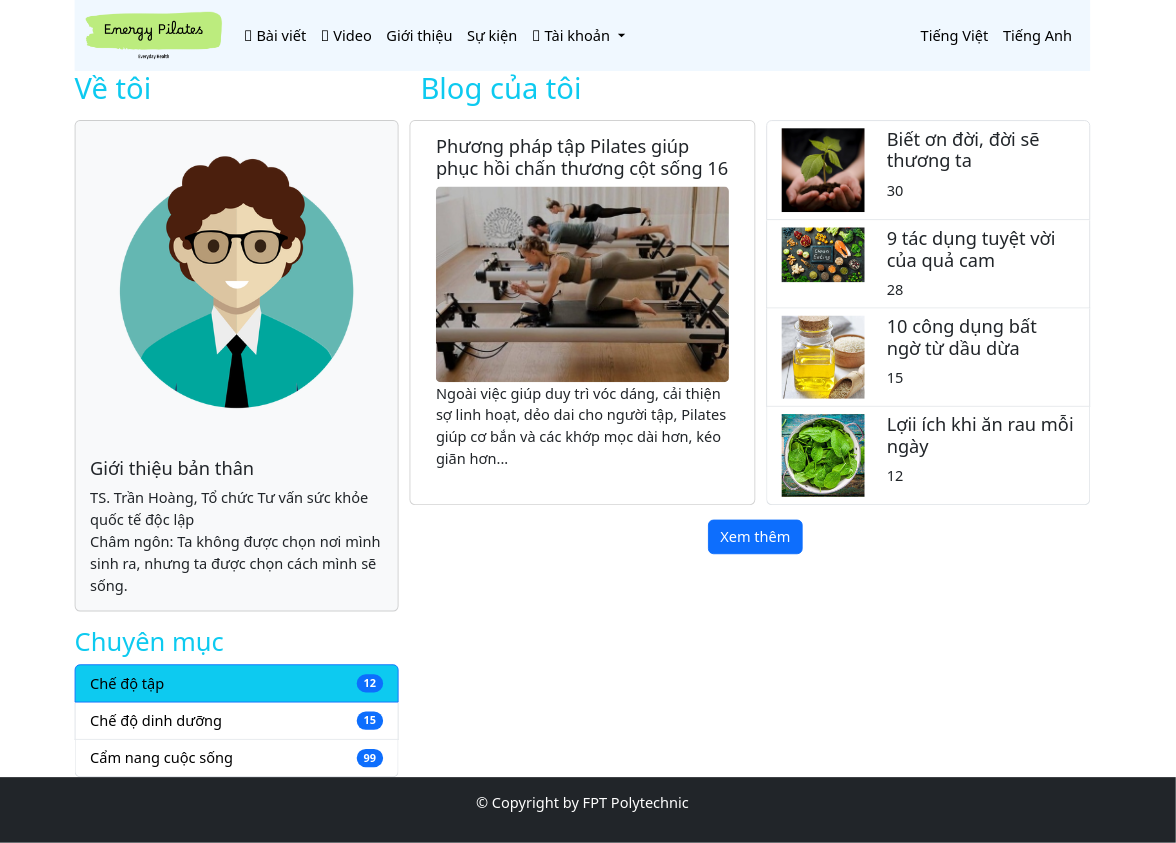
Repository: KizukoHeiwa/SOF308
Page: Lab1/index.html
These files come from the project's save history. The page is drawn as it stood at one moment and after the next save; the edit follows.
The browser window is 1280 px wide. The page is 1292 px wide, so the pictures cover 1292 px, including what lies to the right of the window. The pictures show the whole page, at 91% of full size.

Above is the page before, as saved 2024-10-31 10:49:12.

### Lab1/index.html
<!DOCTYPE html>
<html lang="en">
<head>
    <meta charset="UTF-8">
    <meta name="viewport" content="width=device-width, initial-scale=1.0">
    <title>FPT Polytechnic</title>
    <link href="https://cdn.jsdelivr.net/npm/bootstrap@5.3.3/dist/css/bootstrap.min.css" rel="stylesheet" integrity="sha384-QWTKZyjpPEjISv5WaRU9OFeRpok6YctnYmDr5pNlyT2bRjXh0JMhjY6hW+ALEwIH" crossorigin="anonymous">
    <script src="https://cdn.jsdelivr.net/npm/bootstrap@5.3.3/dist/js/bootstrap.bundle.min.js" integrity="sha384-YvpcrYf0tY3lHB60NNkmXc5s9fDVZLESaAA55NDzOxhy9GkcIdslK1eN7N6jIeHz" crossorigin="anonymous"></script>
    <link rel="stylesheet" href="https://cdnjs.cloudflare.com/ajax/libs/font-awesome/4.7.0/css/font-awesome.min.css">
    <style>
        header{
            background-color: aliceblue;
            /* box-shadow: 1px 1px 2px 1px lightgray; */
        }
        .nav-link{
            color: black;
        }
        .nav-link:hover{
            color: green;
        }
        .navbar-nav .nav-link.active, .navbar-nav .nav-link.show {
            color: green;
        }
        .button-wrapper{
            display: flex;
            justify-content: center;
            align-items: center;
        }
        .footer-content{
            color: white;
            text-align: center;
        }
    </style>

</head>
<body>
    <div class="container">
        <header>
            <nav class="navbar navbar-expand-sm">
                <div class="container">
                    <a class="navbar-brand" href="#">
                        <img src="img/logo-energy-pilates.png" alt="" style="width: 150px;">
                    </a>
                    <div class="collapse navbar-collapse" id="collapsibleNavbar">
                        <ul class="navbar-nav me-auto">
                            <li class="nav-item">
                                <a class="nav-link" href="#"><i class="fa-solid fa-list"></i> Bài viết</a>
                            </li>
                            <li class="nav-item">
                                <a class="nav-link" href="#"><i class="fa-solid fa-film"></i> Video</a>
                            </li>
                            <li class="nav-item">
                                <a class="nav-link" href="#"><i class="fa-solid fa-circle-info"></i> Giới thiệu</a>
                            </li>
                            <li class="nav-item">
                                <a class="nav-link" href="#"><i class="fa-solid fa-calendar-days"></i> Sự kiện</a>
                            </li>
                            <li class="nav-item dropdown">
                                <a class="nav-link dropdown-toggle" href="#" role="button" data-bs-toggle="dropdown">
                                    <i class="fa-solid fa-user"></i> Tài khoản
                                </a>
                                <ul class="dropdown-menu">
                                    <li><a class="dropdown-item" href="#">Đăng nhập</a></li>
                                    <li><a class="dropdown-item" href="#">Quên mật khẩu</a></li>
                                    <li><a class="dropdown-item" href="#">Đăng ký thành viên</a></li>
                                </ul>
                            </li>
                        </ul>
                        <ul class="navbar-nav d-flex">
                            <li class="nav-item">
                                <a class="nav-link">Tiếng Việt</a>
                            </li>
                            <li class="nav-item">
                                <a class="nav-link">Tiếng Anh</a>
                            </li>
                        </ul>
                    </div>
                </div>
            </nav>
        </header>
        <section class="row">
            <aside class="col-sm-4">
                <div class="col-sm">
                    <h2 class="text-info mb-3">Về tôi</h2>
                    <div class="card mb-3 bg-light">
                        <img src="img/avatar.png" class="card-img-top" alt="">
                        <div class="card-body">
                            <h5 class="card-title">Giới thiệu bản thân</h5>
                            <p class="card-text">TS. Trần Hoàng, Tổ chức Tư vấn sức khỏe quốc tế độc lập <br>
                                Châm ngôn: Ta không được chọn nơi mình sinh ra, nhưng ta được chọn cách mình sẽ sống.
                            </p>
                        </div>
                    </div>

                    <h3 class="text-info mt-2">Chuyên mục</h3>
                    <ul class="list-group">
                        <li class="list-group-item active bg-info d-flex justify-content-between align-items-center">
                            <a class="nav-link" href="#">Chế độ tập</a>
                            <span class="badge bg-primary rounded-pill">12</span>
                        </li>
                        <li class="list-group-item d-flex justify-content-between align-items-center">
                            <a class="nav-link" href="#">Chế độ dinh dưỡng</a>
                            <span class="badge bg-primary rounded-pill">15</span>
                        </li>
                        <li class="list-group-item d-flex justify-content-between align-items-center">
                            <a class="nav-link" href="#">Cẩm nang cuộc sống</a>
                            <span class="badge bg-primary rounded-pill">99</span>
                        </li>
                    </ul>
                    <!-- end Chuyên mục -->
                </div>
            </aside>
            <article class="col-sm-8">
                <div class="row">
                        <h2 class="text-info mb-3">Blog của tôi</h2>
                        <div class="bg-light">

                        </div>
                        <div class="card col-sm-6">
                            <div class="card-body">
                                <h5 class="card-title">Phương pháp tập Pilates giúp phục hồi chấn thương cột sống <i class="fa-solid fa-message"></i> 16</h5>
                                <img src="img/tap-piltes.jpg" alt="" class="card-img">
                                <p class="card-text">Ngoài việc giúp duy trì vóc dáng, cải thiện sợ linh hoạt, dẻo dai cho người tập, Pilates giúp cơ bắn và các khớp mọc dài hơn, kéo giãn hơn...</p>
                            </div>
                        </div>
                        <div class="col-sm-6">
                            <ul class="list-group">
                                <li class="list-group-item d-flex justify-content-between align-items-start">
                                    <div class="row">
                                        <div class="col-4">
                                            <img src="img/corevalue.jpg" alt="" class="card-img">
                                        </div>
                                        <div class="col-8">
                                            <h5>Biết ơn đời, đời sẽ thương ta</h5>
                                            <span>30</span>
                                        </div>
                                    </div>
                                </li>
                                <li class="list-group-item d-flex justify-content-between align-items-start">
                                    <div class="row">
                                        <div class="col-4">
                                            <img src="img/eat-clean.png" alt="" class="card-img">
                                        </div>
                                        <div class="col-8">
                                            <h5>9 tác dụng tuyệt vời của quả cam</h5>
                                            <span>28</span>
                                        </div>
                                    </div>
                                </li>
                                <li class="list-group-item d-flex justify-content-between align-items-start">
                                    <div class="row">
                                        <div class="col-4">
                                            <img src="img/sesameoil_300x300.jpg" alt="" class="card-img">
                                        </div>
                                        <div class="col-8">
                                            <h5>10 công dụng bất ngờ từ dầu dừa</h5>
                                            <span>15</span>
                                        </div>
                                    </div>
                                </li>
                                <li class="list-group-item d-flex justify-content-between align-items-start">
                                    <div class="row">
                                        <div class="col-4">
                                            <img src="img/spinach_300x300.jpg" alt="" class="card-img">
                                        </div>
                                        <div class="col-8">
                                            <h5>Lợii ích khi ăn rau mỗi ngày</h5>
                                            <span>12</span>
                                        </div>
                                    </div>
                                </li>
                            </ul>
                        </div>
                </div>
                    <div class="button-wrapper">
                        <button type="button" class="btn btn-primary m-3">Xem thêm</button>
                    </div>
                </div>
            </article>
        </section>
        <footer class="row bg-dark p-3">
            <p class="footer-content">&copy; Copyright by FPT Polytechnic</p>
        </footer>
    </div>
</body>
</html>

After the next save:
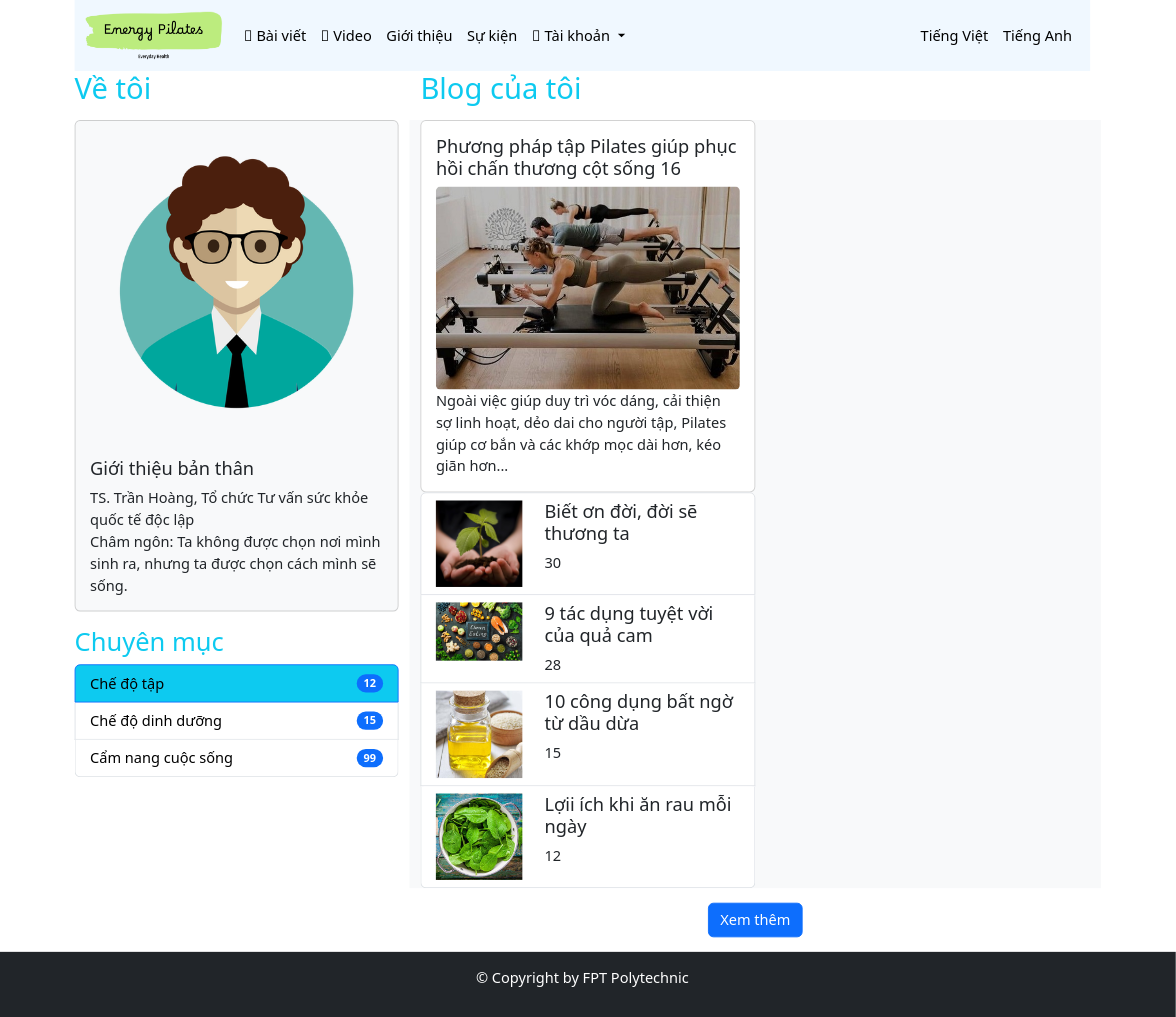
Saved 5 s later.
--- a/Lab1/index.html
+++ b/Lab1/index.html
@@ -114,63 +114,63 @@
                 <div class="row">
                         <h2 class="text-info mb-3">Blog của tôi</h2>
                         <div class="bg-light">
-
-                        </div>
-                        <div class="card col-sm-6">
-                            <div class="card-body">
-                                <h5 class="card-title">Phương pháp tập Pilates giúp phục hồi chấn thương cột sống <i class="fa-solid fa-message"></i> 16</h5>
-                                <img src="img/tap-piltes.jpg" alt="" class="card-img">
-                                <p class="card-text">Ngoài việc giúp duy trì vóc dáng, cải thiện sợ linh hoạt, dẻo dai cho người tập, Pilates giúp cơ bắn và các khớp mọc dài hơn, kéo giãn hơn...</p>
+                            <div class="card col-sm-6">
+                                <div class="card-body">
+                                    <h5 class="card-title">Phương pháp tập Pilates giúp phục hồi chấn thương cột sống <i class="fa-solid fa-message"></i> 16</h5>
+                                    <img src="img/tap-piltes.jpg" alt="" class="card-img">
+                                    <p class="card-text">Ngoài việc giúp duy trì vóc dáng, cải thiện sợ linh hoạt, dẻo dai cho người tập, Pilates giúp cơ bắn và các khớp mọc dài hơn, kéo giãn hơn...</p>
+                                </div>
+                            </div>
+                            <div class="col-sm-6">
+                                <ul class="list-group">
+                                    <li class="list-group-item d-flex justify-content-between align-items-start">
+                                        <div class="row">
+                                            <div class="col-4">
+                                                <img src="img/corevalue.jpg" alt="" class="card-img">
+                                            </div>
+                                            <div class="col-8">
+                                                <h5>Biết ơn đời, đời sẽ thương ta</h5>
+                                                <span>30</span>
+                                            </div>
+                                        </div>
+                                    </li>
+                                    <li class="list-group-item d-flex justify-content-between align-items-start">
+                                        <div class="row">
+                                            <div class="col-4">
+                                                <img src="img/eat-clean.png" alt="" class="card-img">
+                                            </div>
+                                            <div class="col-8">
+                                                <h5>9 tác dụng tuyệt vời của quả cam</h5>
+                                                <span>28</span>
+                                            </div>
+                                        </div>
+                                    </li>
+                                    <li class="list-group-item d-flex justify-content-between align-items-start">
+                                        <div class="row">
+                                            <div class="col-4">
+                                                <img src="img/sesameoil_300x300.jpg" alt="" class="card-img">
+                                            </div>
+                                            <div class="col-8">
+                                                <h5>10 công dụng bất ngờ từ dầu dừa</h5>
+                                                <span>15</span>
+                                            </div>
+                                        </div>
+                                    </li>
+                                    <li class="list-group-item d-flex justify-content-between align-items-start">
+                                        <div class="row">
+                                            <div class="col-4">
+                                                <img src="img/spinach_300x300.jpg" alt="" class="card-img">
+                                            </div>
+                                            <div class="col-8">
+                                                <h5>Lợii ích khi ăn rau mỗi ngày</h5>
+                                                <span>12</span>
+                                            </div>
+                                        </div>
+                                    </li>
+                                </ul>
                             </div>
                         </div>
-                        <div class="col-sm-6">
-                            <ul class="list-group">
-                                <li class="list-group-item d-flex justify-content-between align-items-start">
-                                    <div class="row">
-                                        <div class="col-4">
-                                            <img src="img/corevalue.jpg" alt="" class="card-img">
-                                        </div>
-                                        <div class="col-8">
-                                            <h5>Biết ơn đời, đời sẽ thương ta</h5>
-                                            <span>30</span>
-                                        </div>
-                                    </div>
-                                </li>
-                                <li class="list-group-item d-flex justify-content-between align-items-start">
-                                    <div class="row">
-                                        <div class="col-4">
-                                            <img src="img/eat-clean.png" alt="" class="card-img">
-                                        </div>
-                                        <div class="col-8">
-                                            <h5>9 tác dụng tuyệt vời của quả cam</h5>
-                                            <span>28</span>
-                                        </div>
-                                    </div>
-                                </li>
-                                <li class="list-group-item d-flex justify-content-between align-items-start">
-                                    <div class="row">
-                                        <div class="col-4">
-                                            <img src="img/sesameoil_300x300.jpg" alt="" class="card-img">
-                                        </div>
-                                        <div class="col-8">
-                                            <h5>10 công dụng bất ngờ từ dầu dừa</h5>
-                                            <span>15</span>
-                                        </div>
-                                    </div>
-                                </li>
-                                <li class="list-group-item d-flex justify-content-between align-items-start">
-                                    <div class="row">
-                                        <div class="col-4">
-                                            <img src="img/spinach_300x300.jpg" alt="" class="card-img">
-                                        </div>
-                                        <div class="col-8">
-                                            <h5>Lợii ích khi ăn rau mỗi ngày</h5>
-                                            <span>12</span>
-                                        </div>
-                                    </div>
-                                </li>
-                            </ul>
-                        </div>
+
                 </div>
                     <div class="button-wrapper">
                         <button type="button" class="btn btn-primary m-3">Xem thêm</button>
